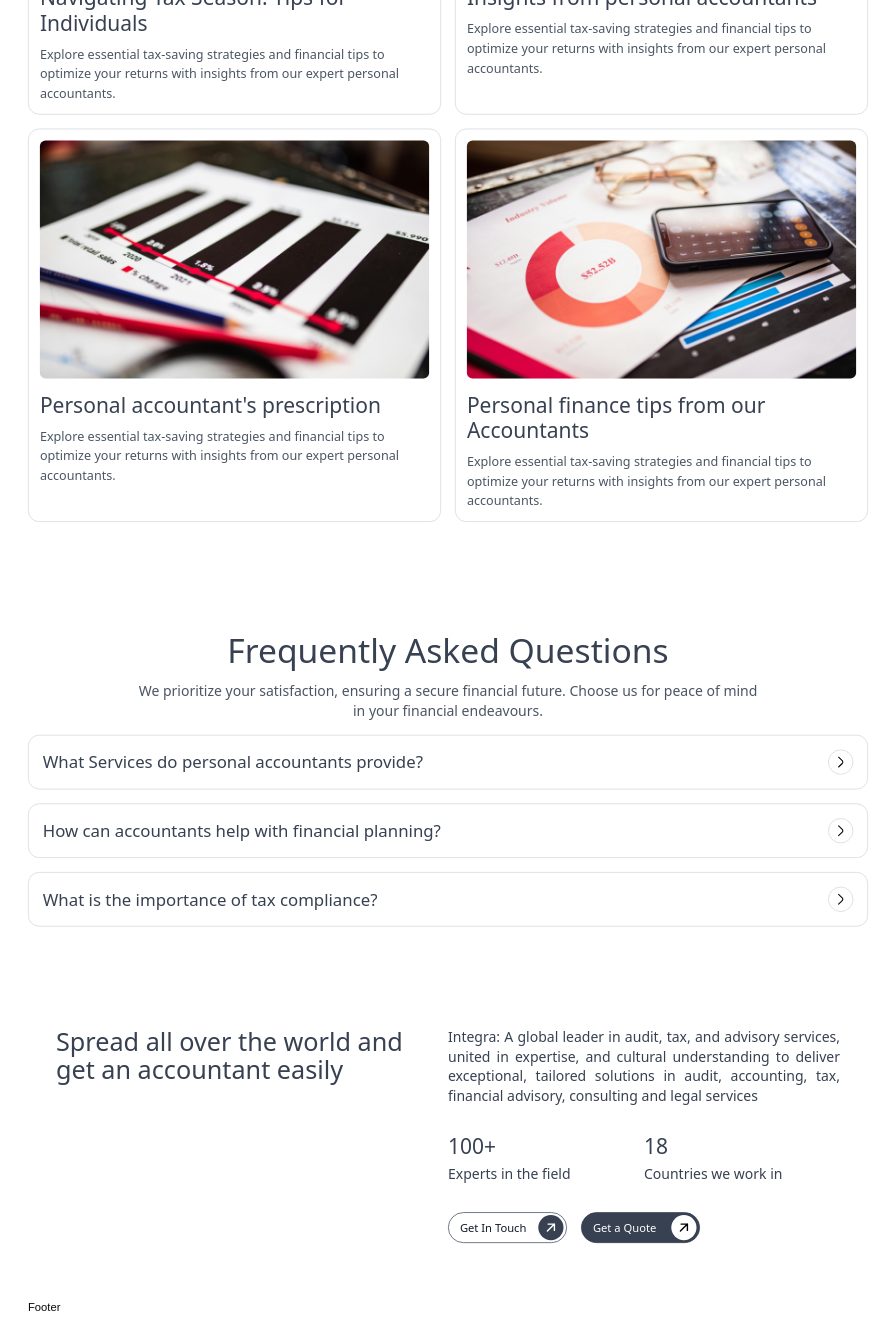
Repository: vespersolutionspk18/integrast-website
Page: /
The author's editor kept a copy of each file at every save. The page is drawn from the files as they stood at one save, then again after the next save.
The browser window is 1280 px wide. The pictures show the part of the page from y = 2484 to 4404 px (the page is 4404 px tall), at 70% of full size.
The project was rebuilt for these pictures with package versions that can differ from the ones it lists, and the page was loaded fresh each time. The framework's server and built-in components were replaced by stand-ins that run in the browser. Also part of the build but not shown: next.config.ts.

Above is the page before, as saved 2024-12-12 15:19:26.

### app/layout.tsx
import type { Metadata } from "next";
import localFont from "next/font/local";
import "./globals.css";

const geistSans = localFont({
  src: "./fonts/GeistVF.woff",
  variable: "--font-geist-sans",
  weight: "100 900",
});
const geistMono = localFont({
  src: "./fonts/GeistMonoVF.woff",
  variable: "--font-geist-mono",
  weight: "100 900",
});

export const metadata: Metadata = {
  title: "Integra Strategy",
  description: "-",
};

export default function RootLayout({
  children,
}: Readonly<{
  children: React.ReactNode;
}>) {
  return (
    <html lang="en">
      <body
        className={`${geistSans.variable} ${geistMono.variable} antialiased`}
      >
        {children}
      </body>
    </html>
  );
}

### app/page.tsx
import Image from "next/image";
import Header from "./Header";
import Hero from "./Hero";
import Services from "./Services";
import Postsart from "./Postsart";
import Faqsection from "./Faqsection";
import GetinTouchSection from "./GetinTouchSection";
import Footer from "./Footer";

export default function Home() {
  return (
    <div>
      <Header />
      <Hero />
      <Services />
      <Postsart />
      <Faqsection />
      <GetinTouchSection />
      <Footer />
    </div>
  );
}

### app/Hero.tsx
import React from 'react'
import ButtonArrowwhite from "@/public/assets/buttonarrowwhite.svg";
import ButtonArrow from "@/public/assets/buttonarrow.svg";
const Hero = () => {
  return (
    <div className="flex flex-col p-10 ">
        <div className="flex flex-row mt-24 h-[190px] gap-5 ">
            <div className="w-[55%] flex flex-col">
                <h1 className="font-light font-sans text-6xl text-gray-600">Unlock Prosperity, <span className="text-gray-800">Choose Expert Guidance</span></h1>
                <h4 className="text-xl font-sans font-light text-gray-900 mt-6">Embark on a transformative journey to financial prosperity with our personalized accountancy services</h4>
            </div>
            <div className="w-[45%] flex flex-col justify-between ">
                <h4 className="text-xl text-justify font-light font-sans text-gray-900">Unlock tailored strategies, benefit from insightful guidances, and follow a clear pathway to achieve your financial success. Elevate your financial journey with our dedicated support and expertise. Contact us today to start your journey towards financial freedom.</h4>
                <div className="flex flex-row gap-5 pt-10">
                <div>
                <div id="button"
  className="group  bg-white h-[44px] flex-row border-[1px] border-gray-700 text-gray-900 text-[16px] py-1 px-1 font-light rounded-full hidden md:flex items-center justify-between w-[170px] transition-width duration-500 ease-in-out  hover:w-[195px] hover:bg-gray-700 hover:border-gray-700 hover:text-white hover:cursor-pointer "

>
  <div className="mx-3 font-sans font-regular">Get In Touch</div>
  <div className="bg-gray-700 rounded-full h-[36px] w-[36px] flex items-center justify-center transition-transform duration-500 ease-in-out group-hover:rotate-45">
    <ButtonArrowwhite className="h-[24px] w-[24px]" />
  </div>
            </div>
                </div>
                <div>
                <div id="button"
  className="group  bg-gray-700 h-[44px] flex-row border-[1px] border-gray-700 text-white text-[16px] py-1 px-1 font-light rounded-full hidden md:flex items-center justify-between w-[170px] transition-width duration-500 ease-in-out  hover:w-[195px] hover:bg-white hover:border-gray-700 hover:text-gray-700 hover:cursor-pointer "

>
  <div className="mx-3 font-sans font-regular">Get a Quote</div>
  <div className="bg-white rounded-full h-[36px] w-[36px] flex items-center justify-center transition-transform duration-500 ease-in-out group-hover:rotate-45 group-hover:border-[1px] group-hover:border-gray-700">
    <ButtonArrow className="h-[24px] w-[24px]" />
  </div>
            </div>
                </div>

                </div>
            </div>
        </div>


        <div className="flex flex-row h-[380px] gap-4 mt-16">
            <div className="w-[70%] transition-all duration-500 ease-in-out hover:w-[90%] rounded-2xl bg-cover bg-center" style={{backgroundImage: `url('/assets/heroimage3.jpg')`}}></div>
            <div className="w-[30%] transition-all duration-500 ease-in-out hover:w-[40%] flex flex-col justify-between ">
                <div className="w-full h-full rounded-2xl bg-cover bg-center" style={{backgroundImage: `url('/assets/heroimage4.jpg')`}}></div>
                <h5 className="font-sans text-gray-900 text-justify text-xl mt-3  font-light">Tailored solutions, expert guidance, and strategic planning to secure your wealth and achieve your financial goals seamlessly</h5>
            </div>
        </div>
    </div>
  )
}

export default Hero

### app/Services.tsx
import React from 'react'
import ButtonArrowwhite from "@/public/assets/buttonarrowwhite.svg";
import ButtonArrow from "@/public/assets/buttonarrow.svg";
const Services = () => {
  return (
    <div className="flex flex-col p-10 mt-16 items-center ">
        <div className="flex flex-row items-start justify-start ">
            <div className="w-1/2 font-sans font-light text-5xl text-gray-700">We collaborate across diverse industry landscapes</div>
            <div className="w-1/2 font-sans text-gray-900 text-justify text-xl  font-light">Our commitment to fostering dynamic collaboration allows to navigate the unique challenges and intricacies of various sectors. Our versatile approach ensures tailored solutions that resonate with the distinct needs of each industry.</div>
        </div>
        <div className="flex flex-row gap-5 mt-16">
            <div className="rounded-2xl w-1/3 h-[540px] bg-cover bg-center flex items-end  " style={{backgroundImage: `url('/assets/audit.jpg')`}}>
            <div className="group">
  <div className="bg-white m-4  rounded-[12px] flex flex-col relative transition-all duration-500 ease-in-out hover:pb-[120px] min-h-[180px]">
    <h5 className="ml-5 mt-5 mr-5 mb-5 font-sans text-3xl text-gray-700 font-light">
      Accounting & Finance
    </h5>
    <p className="ml-5 mr-5 mb-5 text-justify font-sans font-light text-xl text-gray-600">
      We are committed to serving the public interest by providing objective assurance over data on which investors rely.
    </p>
    {/* Hidden div */}
    <div className="absolute bottom-5 left-5 text-xl font-sans font-light  text-gray-600 px-4 py-2 rounded-md opacity-0 invisible transition-all duration-500 group-hover:opacity-100 group-hover:visible hover:text-black hover:cursor-pointer  hover:underline">
      Learn More
    </div>
  </div>
</div>

</div>
            <div className="rounded-2xl w-1/3 h-[540px] bg-cover bg-center flex items-end" style={{backgroundImage: `url('/assets/tax.jpg')`}}>
            <div className="group">
  <div className="bg-white m-4  rounded-[12px] flex flex-col relative transition-all duration-500 ease-in-out hover:pb-[120px] min-h-[180px]">
    <h5 className="ml-5 mt-5 mr-5 mb-5 font-sans text-3xl text-gray-700 font-light">
      Tax & Legal
    </h5>
    <p className="ml-5 mr-5 mb-5 text-justify font-sans font-light text-xl text-gray-600">
      We are committed to serving the public interest by providing objective assurance over data on which investors rely.
    </p>
    {/* Hidden div */}
    <div className="absolute bottom-5 left-5 text-xl font-sans font-light  text-gray-600 px-4 py-2 rounded-md opacity-0 invisible transition-all duration-500 group-hover:opacity-100 group-hover:visible hover:text-black hover:cursor-pointer  hover:underline">
      Learn More
    </div>
  </div>
</div>
</div>
            <div className="rounded-2xl w-1/3 h-[540px] bg-cover bg-center flex items-end" style={{backgroundImage: `url('/assets/tech.jpg')`}}>
            <div className="group">
  <div className="bg-white m-4  rounded-[12px] flex flex-col relative transition-all duration-500 ease-in-out hover:pb-[120px] min-h-[180px]">
    <h5 className="ml-5 mt-5 mr-5 mb-5 font-sans text-3xl text-gray-700 font-light">
      Technology & IT
    </h5>
    <p className="ml-5 mr-5 mb-5 text-justify font-sans font-light text-xl text-gray-600">
      We are committed to serving the public interest by providing objective assurance over data on which investors rely.
    </p>
    {/* Hidden div */}
    <div className="absolute bottom-5 left-5 text-xl font-sans font-light  text-gray-600 px-4 py-2 rounded-md opacity-0 invisible transition-all duration-500 group-hover:opacity-100 group-hover:visible hover:text-black hover:cursor-pointer  hover:underline">
      Learn More
    </div>
  </div>
</div>
</div>
        </div>
        <div className="mt-8">
                <div id="button"
  className="group  bg-white h-[44px] flex-row border-[1px] border-gray-700 text-gray-900 text-[16px] py-1 px-1 font-light rounded-full hidden md:flex items-center justify-between w-[190px] transition-width duration-500 ease-in-out hover:cursor-pointer  hover:w-[215px] hover:bg-gray-700 hover:border-gray-700 hover:text-white "

>
  <div className="mx-3 font-sans font-regular">View all Services</div>
  <div className="bg-gray-700 rounded-full h-[36px] w-[36px] flex items-center justify-center transition-transform duration-500 ease-in-out group-hover:rotate-45">
    <ButtonArrowwhite className="h-[24px] w-[24px]" />
  </div>
            </div>
                </div>
    </div>
  )
}

export default Services

### app/Postsart.tsx
import React from 'react'

const Postsart = () => {
  return (
    <div className="w-full flex flex-col p-10 items-center mt-20">
        <h2 className="text-5xl font-sans text-gray-700 font-light">Posts & Articles</h2>
        <p className="font-sans text-xl text-gray-800 font-light text-center mt-5">Stay up-to-date and enahnce your financial literacy with our engaging and informative<br></br>content your key to achieving financial success</p>
        <div className="flex flex-row mt-10 gap-5 w-full">
            <div className="hover:border-black hover:cursor-pointer flex flex-col rounded-2xl w-1/2  border-[1px] p-4 border-gray-300">
            <div className="w-full h-[340px] rounded-[8px] bg-cover bg-center" style={{backgroundImage: `url('/assets/post1.jpg')`}}></div>
            <h5 className="font-sans font-light text-3xl mt-5 text-gray-700">Navigating Tax Season: Tips for Individuals</h5>
            <p className="font-sans font-light text-gray-600 text-lg mt-3">Explore essential tax-saving strategies and financial tips to optimize your returns with insights from our expert personal accountants.</p>
            </div>
            <div className="hover:border-black hover:cursor-pointer flex flex-col rounded-2xl w-1/2  border-[1px] p-4 border-gray-300">
            <div className="w-full h-[340px] rounded-[8px] bg-cover bg-center" style={{backgroundImage: `url('/assets/post2.jpg')`}}></div>
            <h5 className="font-sans font-light text-3xl mt-5 text-gray-700">Insights from personal accountants</h5>
            <p className="font-sans font-light text-gray-600 text-lg mt-3">Explore essential tax-saving strategies and financial tips to optimize your returns with insights from our expert personal accountants.</p>
            </div>
        </div>
        <div className=" flex flex-row mt-5 gap-5 w-full">
            <div className="hover:border-black hover:cursor-pointer flex flex-col rounded-2xl w-1/2  border-[1px] p-4 border-gray-300">
            <div className="w-full h-[340px] rounded-[8px] bg-cover bg-center" style={{backgroundImage: `url('/assets/post3.jpg')`}}></div>
            <h5 className="font-sans font-light text-3xl mt-5 text-gray-700">Personal accountant's prescription</h5>
            <p className="font-sans font-light text-gray-600 text-lg mt-3">Explore essential tax-saving strategies and financial tips to optimize your returns with insights from our expert personal accountants.</p>
            </div>
            <div className="hover:border-black hover:cursor-pointer flex flex-col rounded-2xl w-1/2  border-[1px] p-4 border-gray-300">
            <div className="w-full h-[340px] rounded-[8px] bg-cover bg-center" style={{backgroundImage: `url('/assets/post4.jpg')`}}></div>
            <h5 className="font-sans font-light text-3xl mt-5 text-gray-700">Personal finance tips from our Accountants</h5>
            <p className="font-sans font-light text-gray-600 text-lg mt-3">Explore essential tax-saving strategies and financial tips to optimize your returns with insights from our expert personal accountants.</p>
            </div>
        </div>
    </div>
  )
}

export default Postsart

### app/Faqsection.tsx
"use client";
import React, { useState } from "react";
import ButtonRight from "@/public/assets/right.svg";
import ButtonArrowwhite from "@/public/assets/buttonarrowwhite.svg";
import ButtonArrow from "@/public/assets/buttonarrow.svg";

const Faqsection = () => {
  // Array of FAQs
  const faqs = [
    {
      question: "What Services do personal accountants provide?",
      answer:
        "Personal accountants provide a variety of services, including tax preparation, financial planning, and investment advice. They also help manage budgets, track expenses, and ensure compliance with financial regulations.",
    },
    {
      question: "How can accountants help with financial planning?",
      answer:
        "Accountants assist in creating budgets, managing investments, and developing long-term financial strategies tailored to individual needs.",
    },
    {
      question: "What is the importance of tax compliance?",
      answer:
        "Tax compliance ensures that individuals and businesses meet their legal obligations, avoiding penalties and fostering financial stability.",
    },
  ];

  // State to track which FAQ is expanded
  const [expandedIndex, setExpandedIndex] = useState(null);

  // Toggle function
  const toggleSection = (index) => {
    setExpandedIndex((prevIndex) => (prevIndex === index ? null : index));
  };

  return (
    <div className="flex flex-col p-10 items-center mt-20">
      <h2 className="font-sans font-light text-5xl text-gray-700">
        Frequently Asked Questions
      </h2>
      <p className="font-sans mt-5 font-light text-xl text-gray-600 text-center">
        We prioritize your satisfaction, ensuring a secure financial future.
        Choose us for peace of mind
        <br />
        in your financial endeavours.
      </p>
      <div className="w-full flex flex-col gap-5 mt-5">
        {faqs.map((faq, index) => (
          <div
            key={index}
            className={`border-[1px] ${
              expandedIndex === index ? "border-gray-500" : "border-gray-300"
            } rounded-2xl p-5 flex flex-col transition-all duration-500`}
          >
            <div
              onClick={() => toggleSection(index)}
              className="flex flex-row justify-between items-center cursor-pointer"
            >
              <h5 className="font-sans font-light text-2xl text-gray-700">
                {faq.question}
              </h5>
              <div
                className={`bg-white border-[1px] border-gray-300 rounded-full h-[36px] w-[36px] flex items-center justify-center transition-transform duration-500 ease-in-out ${
                  expandedIndex === index ? "rotate-90" : "rotate-0, "
                }`}
              >
                <ButtonRight className="h-[24px] w-[24px]" />
              </div>
            </div>
            {/* Expandable content */}
            <div
              className={`overflow-hidden transition-all duration-500 ease-in-out ${
                expandedIndex === index ? "max-h-[200px] mt-5" : "max-h-0"
              }`}
            >
              <p className="text-gray-600 font-sans font-light text-lg">{faq.answer}</p>
            </div>
          </div>
        ))}
      </div>
    </div>
  );
};

export default Faqsection;

### app/GetinTouchSection.tsx
import React from 'react'
import ButtonArrowwhite from "@/public/assets/buttonarrowwhite.svg";
import ButtonArrow from "@/public/assets/buttonarrow.svg";

const GetinTouchSection = () => {
  return (
    <div className="mt-16">
        <div className="flex flex-row p-10 ">
        <div className="ml-10 w-1/2 font-sans font-light text-gray-700 text-4xl">
        <b>Spread all over the world</b> and get an accountant easily
        </div>
        <div className="mr-10 w-1/2 flex flex-col">
        <p className="font-light text-xl text-gray-700 font-sans text-justify">
            Integra: A global leader in audit, tax, and advisory services, united in expertise, and cultural understanding to deliver exceptional, tailored solutions in audit, accounting, tax, financial advisory, consulting and legal services
        </p>
        <div className="flex flex-row justify-between mt-10">
        <div className="w-1/2 flex flex-col gap-2">
        <h5 className="font-sans font-light text-3xl text-gray-700">100+</h5>
        <p className="font-sans font-light text-xl text-gray-700">Experts in the field</p>

        </div>
        <div className="w-1/2 flex flex-col gap-2">
        <h5 className="font-sans font-light text-3xl text-gray-700">18</h5>
        <p className="font-sans font-light text-xl text-gray-700">Countries we work in </p>
        </div>
        </div>
        <div className="flex flex-row gap-5 pt-10">
                <div>
                <div id="button"
  className="group  bg-white h-[44px] flex-row border-[1px] border-gray-700 text-gray-900 text-[16px] py-1 px-1 font-light rounded-full hidden md:flex items-center justify-between w-[170px] transition-width duration-500 ease-in-out  hover:w-[195px] hover:bg-gray-700 hover:border-gray-700 hover:text-white hover:cursor-pointer "

>
  <div className="mx-3 font-sans font-regular">Get In Touch</div>
  <div className="bg-gray-700 rounded-full h-[36px] w-[36px] flex items-center justify-center transition-transform duration-500 ease-in-out group-hover:rotate-45">
    <ButtonArrowwhite className="h-[24px] w-[24px]" />
  </div>
            </div>
                </div>
                <div>
                <div id="button"
  className="group  bg-gray-700 h-[44px] flex-row border-[1px] border-gray-700 text-white text-[16px] py-1 px-1 font-light rounded-full hidden md:flex items-center justify-between w-[170px] transition-width duration-500 ease-in-out  hover:w-[195px] hover:bg-white hover:border-gray-700 hover:text-gray-700 hover:cursor-pointer "

>
  <div className="mx-3 font-sans font-regular">Get a Quote</div>
  <div className="bg-white rounded-full h-[36px] w-[36px] flex items-center justify-center transition-transform duration-500 ease-in-out group-hover:rotate-45 group-hover:border-[1px] group-hover:border-gray-700">
    <ButtonArrow className="h-[24px] w-[24px]" />
  </div>
            </div>
                </div>

                </div>
        </div>
    </div>
    </div>
  )
}

export default GetinTouchSection

### app/Footer.tsx
import React from 'react'

const Footer = () => {
  return (
    <div className="flex flex-col p-10 ">
        Footer
    </div>
  )
}

export default Footer

Loaded but not shown: app/globals.css (common file); app/Header.tsx (common file); tailwind.config.ts (common file)

After the next save:
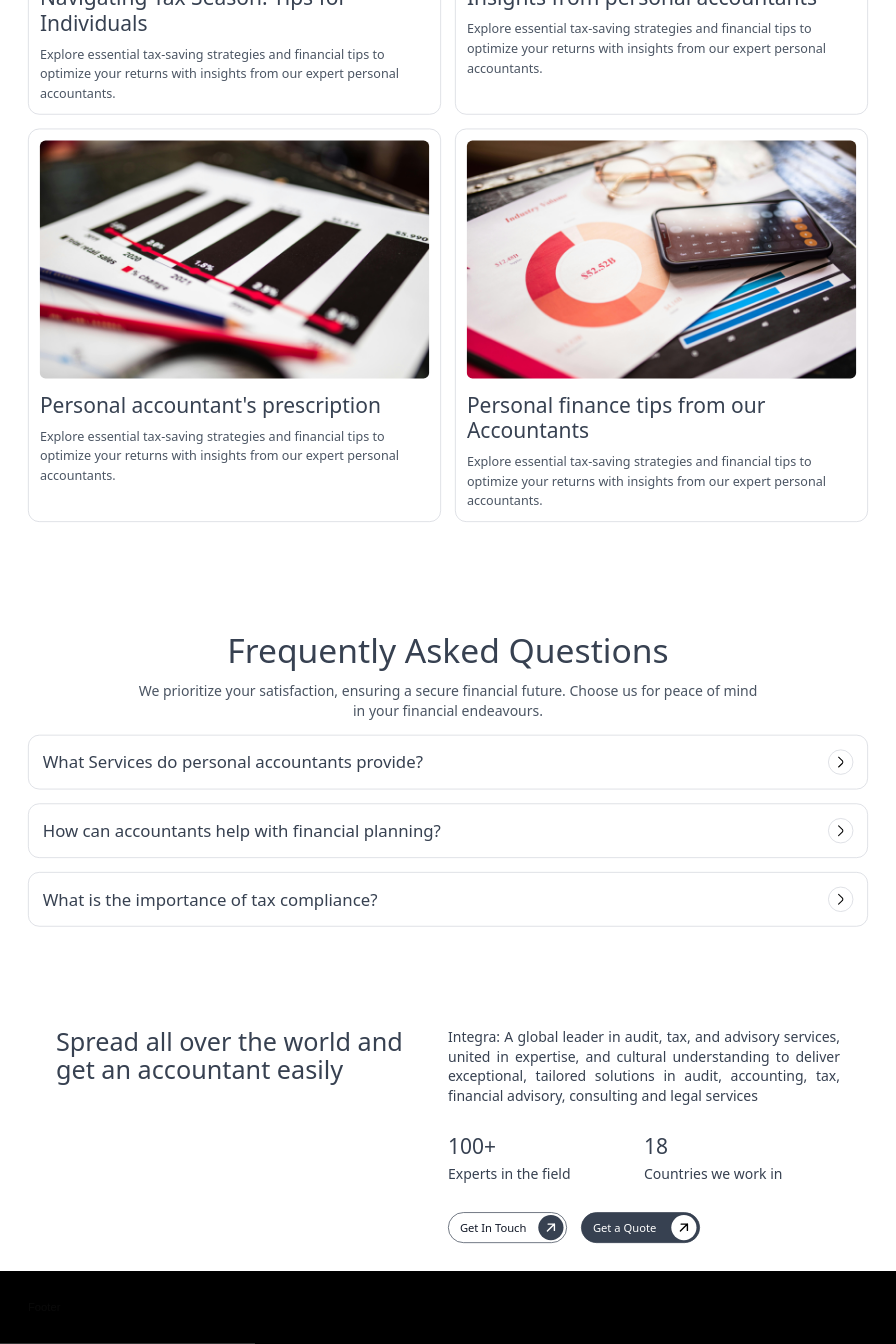
Saved 4 s later.
--- a/app/Footer.tsx
+++ b/app/Footer.tsx
@@ -2,7 +2,7 @@ import React from 'react'
 
 const Footer = () => {
   return (
-    <div className="flex flex-col p-10 ">
+    <div className="flex flex-col p-10 bg-black">
         Footer
     </div>
   )
